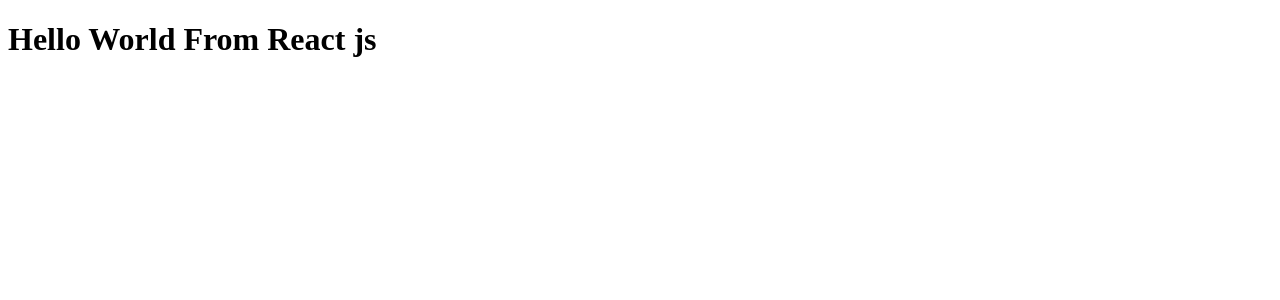
Repository: neerajachinnareddy/namaste-react
Page: index.html
These files come from the project's save history. The page is drawn as it stood at one moment and after the next save; the edit follows.
The browser window is 1280 px wide. The pictures show the whole page.

Above is the page before, as saved 2024-07-24 08:07:49.

After the next save:
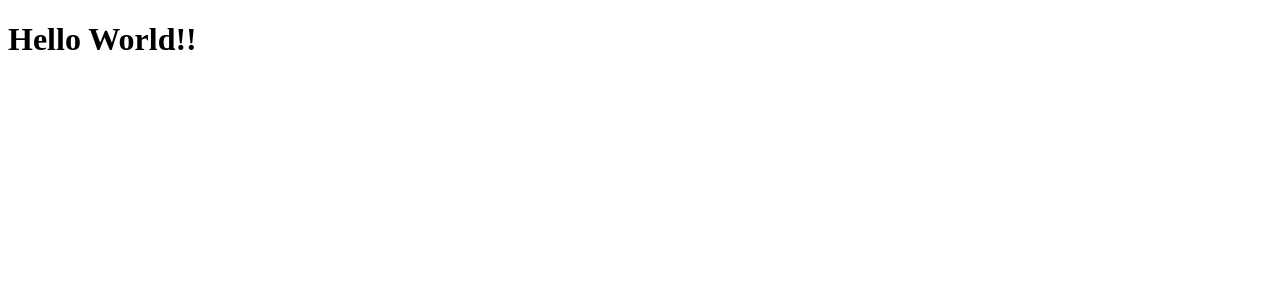
Saved 20 s later.
--- a/index.html
+++ b/index.html
@@ -18,10 +18,8 @@
     </script> -->
     <script crossorigin src="https://unpkg.com/react@18/umd/react.development.js"></script>
     <script crossorigin src="https://unpkg.com/react-dom@18/umd/react-dom.development.js"></script>
-    <script>
-        const h1Element = React.createElement("h1",{},"Hello World From React js");
-        const root = ReactDOM.createRoot(document.getElementById("root"));
-        root.render(h1Element);
+    <script src="app.js">
+
     </script>
 </body>
 </html>
